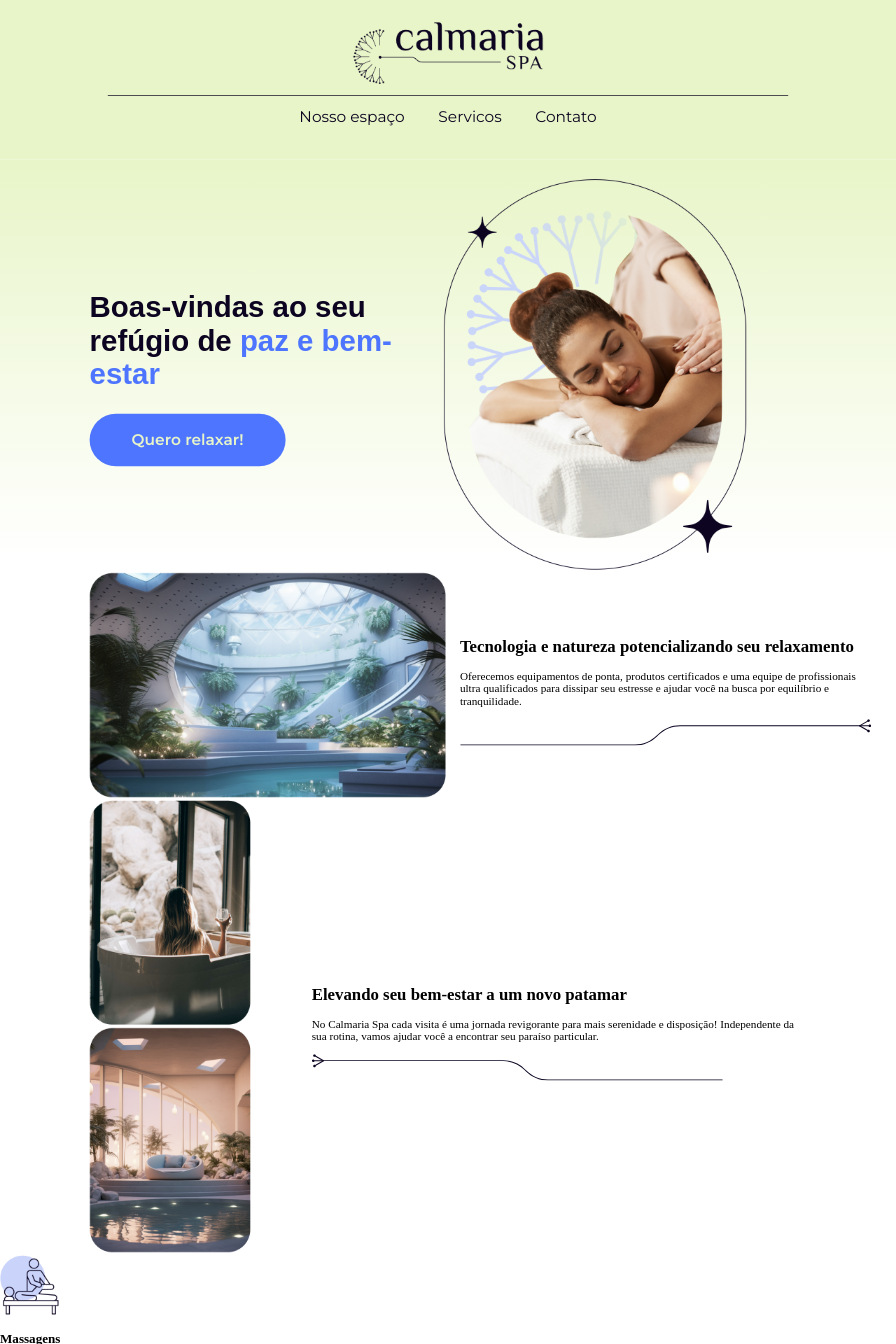
Repository: joaoPraiaJunior/curso-sass
Page: index.html
An editor plug-in stored every save of this project. The page is shown before and after the next save, followed by the edit.
The browser window is 1280 px wide. The pictures show the part of the page from y = 0 to 1920 px (the page is 3922 px tall), at 70% of full size.
Some web fonts or font styles are not loaded; a fallback is used. The style sheet was rebuilt from its Sass, Less or Tailwind sources for each picture, by a compiler version that may differ from the author's.

Above is the page before, as saved 2024-07-06 16:55:09.

### index.html
<!DOCTYPE html>
<html lang="pt-BR">

<head>
    <meta charset="UTF-8">
    <meta name="viewport" content="width=device-width, initial-scale=1.0">
    <link rel="stylesheet" href="/styles/styles.css">
    <link rel="preconnect" href="https://fonts.googleapis.com">
    <link rel="preconnect" href="https://fonts.gstatic.com" crossorigin>
    <link href="https://fonts.googleapis.com/css2?family=Krona+One&family=Montserrat:wght@400;600;700&display=swap" rel="stylesheet">
    <title>Calmaria</title>
</head>

<body>
    <header>
        <img src="./assets/logo.png" alt="logo">
        <nav>
            <ul>
                <li><a href="#nosso-espaco">Nosso espaço</a></li>
                <li><a href="#servico">Servicos</a></li>
                <li><a href="#contatos">Contato</a></li>
            </ul>
        </nav>
    </header>
    <main>
        <section id="home">
            <div class="home-conteudo">
                <div class="textos-home">
                    <h1>Boas-vindas ao seu refúgio de <span> paz e bem-estar</span></h1>
                    <button class="btn-main">Quero relaxar!</button>
                </div>
                <div class="img-home">
                    <img src="/assets/home-image.png" alt="Mulher de bruços recebendo massagem nas costas">
                </div>
            </div>
        </section>
        <section id="nosso-espaco">
            <div class="detalhes">
                <div class="imgs-espaco">
                    <img class="img-espaco" src="/assets/espaco-1.png" alt="Espaço iluminado pelo sol com design futurista composto por piscina e plantas">
                </div>
                <div class="espaco-textos">
                    <h2 class="titulo">Tecnologia e natureza potencializando seu relaxamento</h2>
                    <p class="infos">Oferecemos equipamentos de ponta, produtos certificados e uma equipe de
                        profissionais ultra qualificados para dissipar seu estresse e ajudar você na busca por
                        equilíbrio e tranquilidade.</p>
                    <img class="separador" src="./assets/separador-direita.svg" alt="separador de seções">
                </div>
            </div>
            <div class="detalhes">
                <div class="imgs-espaco">
                    <img class="img-espaco" src="/assets/espaco-2.png" alt="Mulher sentada numa banheira com uma taça na mão">
                    <img class="img-espaco" src="/assets/espaco-3.png" alt="Espaço com uma piscina e um sofá ao fundo">
                </div>
                <div class="espaco-textos">
                    <h2 class="titulo">Elevando seu bem-estar a um novo patamar</h2>
                    <p class="infos">No Calmaria Spa cada visita é uma jornada revigorante para mais serenidade e
                        disposição! Independente da sua rotina, vamos ajudar você a encontrar seu paraíso
                        particular.</p>
                    <img class="separador" src="./assets/separador-esquerda.svg" alt="separador de seções">
                </div>
            </div>
        </section>
        <section id="servico">

            <div class="cards">
                <div class="card">
                    <img src="/assets/icon-massagem.png" alt="Icone de massagem">
                    <h3 class="card-titulo">Massagens</h3>
                    <img src="./assets/Soft-Star.png" alt="soft star">
                    <p class="card-texto">Relaxantes, terapêuticas, desportivas e drenagens. Conte com nossos
                        terapeutas especializados para aliviar suas tensões, tratar dores e retenção de líquido
                        através
                        dessa técnica milenar tão eficiente para o organismo humano.</p>
                </div>
                <div class="card">
                    <img src="/assets/icon-tratamentos.png" alt="Icone de tratamento com figura de uma banheira">
                    <h3 class="card-titulo">Tratamentos Corporais</h3>
                    <img src="./assets/Soft-Star.png" alt="soft star">
                    <p class="card-texto">Tratamos sua pele com gentileza através de esfoliações corporais suaves,
                        hidratações profundas do corpo e do rosto, além de limpeza facial. Você também pode
                        desfrutar de
                        banhos revigorantes de sais.</p>
                </div>
                <div class="card">
                    <img src="/assets/icon-dias-especiais.png" alt="Icone de Dias especiais com figura de produtos">
                    <h3 class="card-titulo">Dias especiais</h3>
                    <img src="./assets/Soft-Star.png" alt="soft star">
                    <p class="card-texto">Pacotes cuidadosamente elaborados, desde o "Dia Revitalizante" com
                        massagens e tratamentos faciais, até o "Dia Serenidade" com banhos terapêuticos e meditação.
                        Mime-se com momentos de refúgio de tranquilidade.</p>
                </div>
            </div>

        </section>
        <section id="desconto">
            <img src="/assets/mandala-esquerda.png" alt="Mandala lado esquerdo">
            <div class="desconto-form">
                <h4>Inscreva-se para ganhar descontos!</h4>
                <p>Cadastre seu email para receber descontos e novidades sobre o espaço e nossos serviços.</p>
                <div class="input-btn">
                    <input type="email">
                    <button type="submit">Inscrever</button>
                </div>
            </div>
            <img src="/assets/mandala-direita.png" alt="Mandala lado direito">
        </section>
        <section id="contatos">
            <div class="contatos-imgs">
                <img src="/assets/contato-img-1.png" alt="Homem deitado em banheira">
                <img src="/assets/contato-img-2.png" alt="Mulher olhando para o horizonte dentro de uma banheira">
                <img src="/assets/contato-img-3.png" alt="Visão superior de um livro nas mãos de uma pessoa dentro de uma banheira">
            </div>
            <div class="contatos-form">
                <h4 class="titulo">Entre em contato</h4>
                <p class="infos">Reserve seu horário, tire dúvidas ou proponha sugestões, nosso canal é aberto para
                    você!</p>
                <form class="inputs">
                    <div class="form-group">
                        <label for="nomeContato">Nome</label>
                        <input type="text" id="nomeContato" placeholder="Digite nome completo">
                    </div>
                    <div class="form-group">
                        <label for="emailContato">Email</label>
                        <input type="email" id="emailContato" placeholder="Digite seu email">
                    </div>
                    <div class="form-group">
                        <label for="telefoneContato">Telefone</label>
                        <input type="text" id="telefoneContato" placeholder="(xx) xxxxx-xxxx">
                    </div>
                    <div class="form-group">
                        <label for="mensagemContato">Mensagem</label>
                        <textarea id="mensagemContato" placeholder="Escreva sua mensagem"></textarea>
                    </div>
                    <button class="btn">Enviar</button>
                </form>
            </div>
        </section>
    </main>
    <footer>
        <small>Desenvolvido po Alura. Projeto fictício sem fins comerciais.</small>
    </footer>
</body>

</html>

### styles/styles.scss
@use './abstract/root';

@use './components/header';
@use './components/home';
@use './components/nosso-espaco';

### styles/abstract/_root.scss
html {
  font-size: 62.5%;
}

body {
  font-size: 1.6rem;
  margin: 0;
  padding: 0;
  box-sizing: border-box;
}

### styles/components/_header.scss
@use "../abstract/variaveis";
@use "../abstract/mixins";

header {
  display: flex;
  flex-direction: column;
  align-items: center;
  gap: 1.6rem;
  background-color: variaveis.$cor-quaternaria;
  padding: 3.2rem;

  nav {
    border-top: 1px solid variaveis.$cor-primaria;
    width: 80%;

    ul {
      display: flex;
      justify-content: center;
      gap: 4.8rem;
      padding: 0;
      li {
        list-style-type: none;
        a {
            @include mixins.estilos-fontes(variaveis.$ft-textos, 2.2rem, variaveis.$cor-primaria);
          font-weight: 500;
          text-decoration: none;
        }
      }
    }
  }
}

### styles/abstract/_variaveis.scss
//Variáveis
//Cores
$cor-primaria: #0C0421;
$cor-secundaria: #4e75ff;
$cor-terciaria: #85a0ff;
$cor-quaternaria: #E8F5C8;
$cor-default: #CAD4FA;
$gradiente-primario: linear-gradient(180deg, #E8F5C8 0%, #FFFFFF 96.87%);
$gradiente-secundario: linear-gradient(180deg, rgba(255, 255, 255, 0.7) 0%, rgba(202, 212, 250, 0.3) 100%);
//Fontes
$ft-textos: 'Montserrat', sans-serif;
$ft-titulos: 'Krona One', sans-serif;

### styles/abstract/_mixins.scss
@mixin margem-centralizada($width) {
    width: $width;
    margin: 0 auto;
}

@mixin estilos-fontes($font-family, $font-size, $font-color) {
    font-family: $font-family;
    font-size: $font-size;
    color: $font-color;
}

### styles/components/_home.scss
@use "../abstract/variaveis";
@use "../abstract/mixins";

#home {
  background: variaveis.$gradiente-primario;

  .home-conteudo {
    display: flex;
    align-items: center;
    @include mixins.margem-centralizada(80%);
    max-width: 1040px;
    .textos-home {
      max-width: 464px;
      h1 {
        font-family: variaveis.$ft-titulos;
        font-size: 4.2rem;
        color: variaveis.$cor-primaria;
        margin-bottom: 3.2rem;
        span {
          color: variaveis.$cor-secundaria;
        }
      }

      .btn-main {
        font-family: variaveis.$ft-textos;
        font-size: 2.2rem;
        font-weight: 600;
        color: variaveis.$cor-quaternaria;
        background-color: variaveis.$cor-secundaria;
        width: 28rem;
        border: none;
        padding: 2.4rem;
        border-radius: 40px;
        cursor: pointer;
      }
    }

    .img-home {
      max-width: 474px;
      img {
        width: 100%;
      }
    }
  }
}

### styles/components/_nosso-espaco.scss
@use "../abstract/variaveis";
@use "../abstract/mixins";

#nosso-espaco {
    @include mixins.margem-centralizada(80%);
    .detalhes {
        display: inline-flex;
        align-items: center;
        justify-content: space-around;
        gap: 2rem;
    }
}

After the next save:
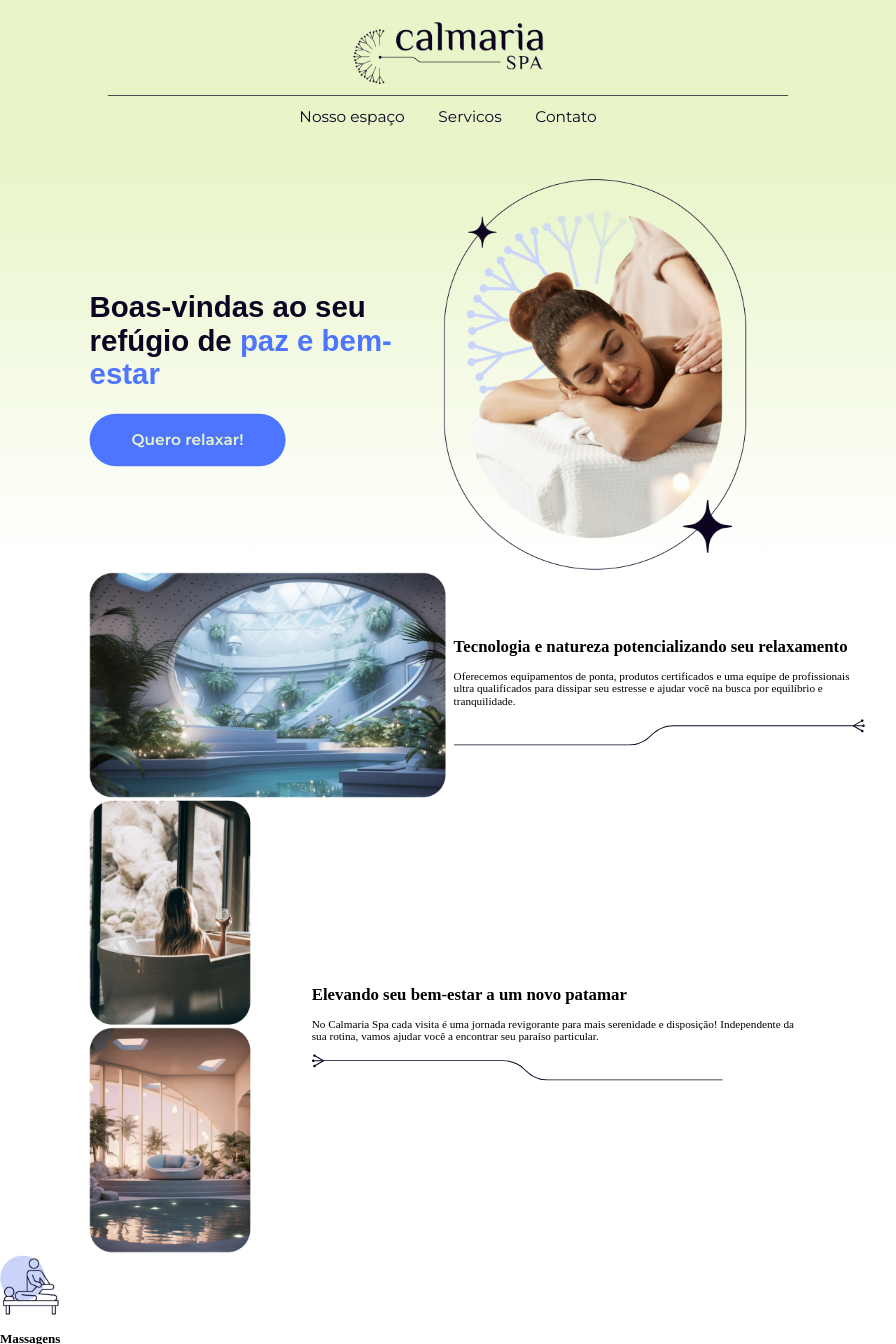
Saved 49 s later.
--- a/styles/components/_nosso-espaco.scss
+++ b/styles/components/_nosso-espaco.scss
@@ -8,5 +8,8 @@
         align-items: center;
         justify-content: space-around;
         gap: 2rem;
+        .imgs-espaco {
+            max-width: 500px;
+        }
     }
 }
